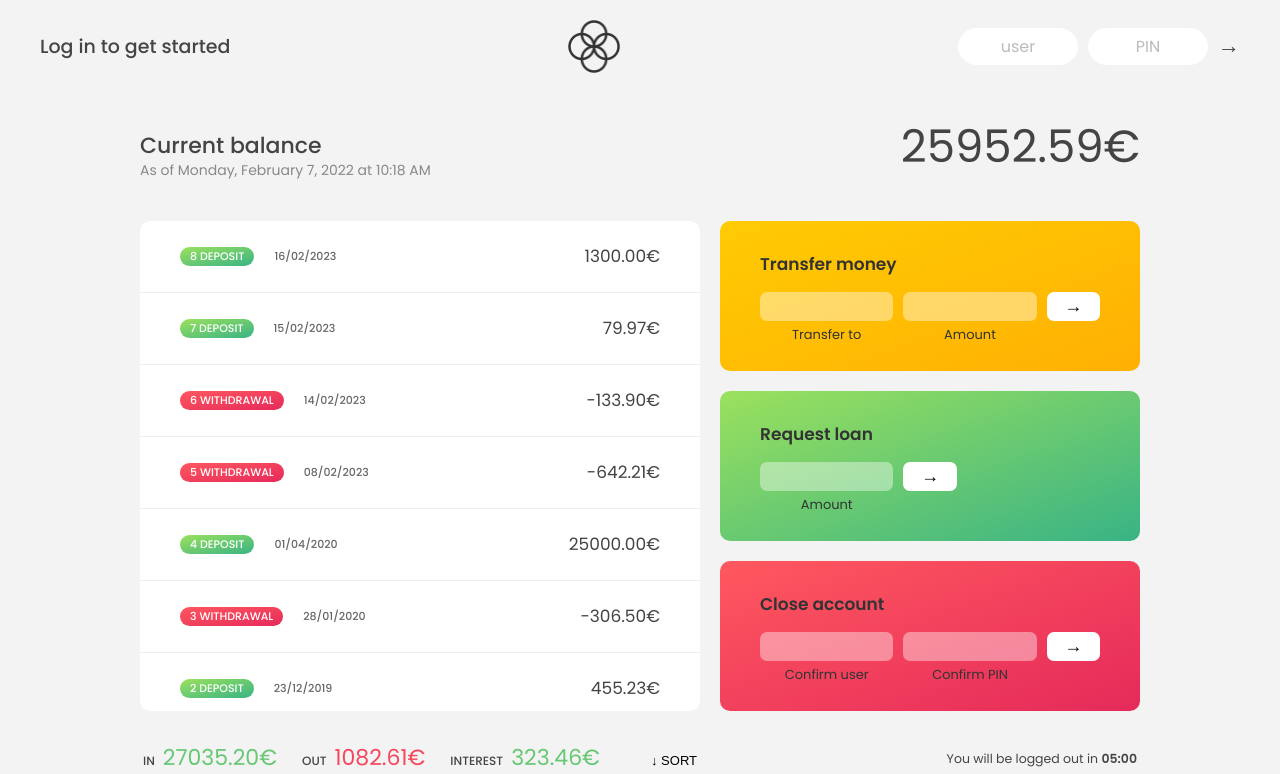
Repository: otvertka/jsc_12
Page: index.html
The author's editor kept a copy of each file at every save. The page is drawn from the files as they stood at one save, then again after a run of saves.
The browser window is 1280 px wide. The pictures show the whole page.
An inner scrolling area shows only its first screen.

Above is the page before, as saved 2023-02-17 13:03:21.

### index.html
<!DOCTYPE html>
<html lang="en">
  <head>
    <meta charset="UTF-8" />
    <meta name="viewport" content="width=device-width, initial-scale=1.0" />
    <meta http-equiv="X-UA-Compatible" content="ie=edge" />
    <link rel="shortcut icon" type="image/png" href="/icon.png" />

    <link
      href="https://fonts.googleapis.com/css?family=Poppins:400,500,600&display=swap"
      rel="stylesheet"
    />

    <link rel="stylesheet" href="style.css" />
    <title>Bankist</title>
  </head>
  <body>
    <!-- TOP NAVIGATION -->
    <nav>
      <p class="welcome">Log in to get started</p>
      <img src="logo.png" alt="Logo" class="logo" />
      <form class="login">
        <input
          type="text"
          placeholder="user"
          class="login__input login__input--user"
        />
        <!-- In practice, use type="password" -->
        <input
          type="text"
          placeholder="PIN"
          maxlength="4"
          class="login__input login__input--pin"
        />
        <button class="login__btn">&rarr;</button>
      </form>
    </nav>

    <main class="app">
      <!-- BALANCE -->
      <div class="balance">
        <div>
          <p class="balance__label">Current balance</p>
          <p class="balance__date">
            As of <span class="date">05/03/2037</span>
          </p>
        </div>
        <p class="balance__value">0000€</p>
      </div>

      <!-- MOVEMENTS -->
      <div class="movements">
        <div class="movements__row">
          <div class="movements__type movements__type--deposit">2 deposit</div>
          <div class="movements__date">3 days ago</div>
          <div class="movements__value">4 000€</div>
        </div>
        <div class="movements__row">
          <div class="movements__type movements__type--withdrawal">
            1 withdrawal
          </div>
          <div class="movements__date">24/01/2037</div>
          <div class="movements__value">-378€</div>
        </div>
      </div>

      <!-- SUMMARY -->
      <div class="summary">
        <p class="summary__label">In</p>
        <p class="summary__value summary__value--in">0000€</p>
        <p class="summary__label">Out</p>
        <p class="summary__value summary__value--out">0000€</p>
        <p class="summary__label">Interest</p>
        <p class="summary__value summary__value--interest">0000€</p>
        <button class="btn--sort">&downarrow; SORT</button>
      </div>

      <!-- OPERATION: TRANSFERS -->
      <div class="operation operation--transfer">
        <h2>Transfer money</h2>
        <form class="form form--transfer">
          <input type="text" class="form__input form__input--to" />
          <input type="number" class="form__input form__input--amount" />
          <button class="form__btn form__btn--transfer">&rarr;</button>
          <label class="form__label">Transfer to</label>
          <label class="form__label">Amount</label>
        </form>
      </div>

      <!-- OPERATION: LOAN -->
      <div class="operation operation--loan">
        <h2>Request loan</h2>
        <form class="form form--loan">
          <input type="number" class="form__input form__input--loan-amount" />
          <button class="form__btn form__btn--loan">&rarr;</button>
          <label class="form__label form__label--loan">Amount</label>
        </form>
      </div>

      <!-- OPERATION: CLOSE -->
      <div class="operation operation--close">
        <h2>Close account</h2>
        <form class="form form--close">
          <input type="text" class="form__input form__input--user" />
          <input
            type="password"
            maxlength="6"
            class="form__input form__input--pin"
          />
          <button class="form__btn form__btn--close">&rarr;</button>
          <label class="form__label">Confirm user</label>
          <label class="form__label">Confirm PIN</label>
        </form>
      </div>

      <!-- LOGOUT TIMER -->
      <p class="logout-timer">
        You will be logged out in <span class="timer">05:00</span>
      </p>
    </main>

    <!-- <footer>
      &copy; by Jonas Schmedtmann. Don't claim as your own :)
    </footer> -->

    <script src="script.js"></script>
  </body>
</html>

### script.js
'use strict';

/////////////////////////////////////////////////
/////////////////////////////////////////////////
// BANKIST APP

/////////////////////////////////////////////////
// Data

// DIFFERENT DATA! Contains movement dates, currency and locale

const account1 = {
  owner: 'Jonas Schmedtmann',
  movements: [200, 455.23, -306.5, 25000, -642.21, -133.9, 79.97, 1300],
  interestRate: 1.2, // %
  pin: 1111,

  movementsDates: [
    '2019-11-18T21:31:17.178Z',
    '2019-12-23T07:42:02.383Z',
    '2020-01-28T09:15:04.904Z',
    '2020-04-01T10:17:24.185Z',
    '2023-02-08T14:11:59.604Z',
    '2023-02-14T17:01:17.194Z',
    '2023-02-15T23:36:17.929Z',
    '2023-02-16T10:51:36.790Z',
  ],
  currency: 'EUR',
  locale: 'pt-PT', // de-DE
};

const account2 = {
  owner: 'Jessica Davis',
  movements: [5000, 3400, -150, -790, -3210, -1000, 8500, -30],
  interestRate: 1.5,
  pin: 2222,

  movementsDates: [
    '2019-11-01T13:15:33.035Z',
    '2019-11-30T09:48:16.867Z',
    '2019-12-25T06:04:23.907Z',
    '2020-01-25T14:18:46.235Z',
    '2020-02-05T16:33:06.386Z',
    '2020-04-10T14:43:26.374Z',
    '2020-06-25T18:49:59.371Z',
    '2020-07-26T12:01:20.894Z',
  ],
  currency: 'USD',
  locale: 'en-US',
};

const accounts = [account1, account2];

/////////////////////////////////////////////////
// Elements
const labelWelcome = document.querySelector('.welcome');
const labelDate = document.querySelector('.date');
const labelBalance = document.querySelector('.balance__value');
const labelSumIn = document.querySelector('.summary__value--in');
const labelSumOut = document.querySelector('.summary__value--out');
const labelSumInterest = document.querySelector('.summary__value--interest');
const labelTimer = document.querySelector('.timer');

const containerApp = document.querySelector('.app');
const containerMovements = document.querySelector('.movements');

const btnLogin = document.querySelector('.login__btn');
const btnTransfer = document.querySelector('.form__btn--transfer');
const btnLoan = document.querySelector('.form__btn--loan');
const btnClose = document.querySelector('.form__btn--close');
const btnSort = document.querySelector('.btn--sort');

const inputLoginUsername = document.querySelector('.login__input--user');
const inputLoginPin = document.querySelector('.login__input--pin');
const inputTransferTo = document.querySelector('.form__input--to');
const inputTransferAmount = document.querySelector('.form__input--amount');
const inputLoanAmount = document.querySelector('.form__input--loan-amount');
const inputCloseUsername = document.querySelector('.form__input--user');
const inputClosePin = document.querySelector('.form__input--pin');

/////////////////////////////////////////////////
// Functions
const formatMovementDate = function (date) {
  const calcDaysPassed = (date1, date2) =>
    Math.round(Math.abs(date2 - date1) / (1000 * 60 * 60 * 24));

  const daysPassed = calcDaysPassed(new Date(), date);
  console.log(daysPassed);

  if (daysPassed === 0) return 'Today';
  if (daysPassed === 1) return 'Yesterday';
  if (daysPassed <= 7) return `${daysPassed} days ago`;

  const now = new Date();
  const day = `${date.getDate()}`.padStart(2, 0); // дата начинается с 01 (2 - колич. цифр, 0 - начало отсчёта)
  const month = `${date.getMonth() + 1}`.padStart(2, 0); // месяц начинается с 01 (2 - колич. цифр, 0 - начало отсчёта)
  const year = date.getFullYear();

  return `${day}/${month}/${year}`;
};

const displayMovements = function (acc, sort = false) {
  containerMovements.innerHTML = '';

  const movs = sort
    ? acc.movements.slice().sort((a, b) => a - b)
    : acc.movements;

  movs.forEach(function (mov, i) {
    const type = mov > 0 ? 'deposit' : 'withdrawal';

    const date = new Date(acc.movementsDates[i]);
    const displayDate = formatMovementDate(date);

    const html = `
      <div class="movements__row">
        <div class="movements__type movements__type--${type}">${
      i + 1
    } ${type}</div>
        <div class="movements__date">${displayDate}</div>
        <div class="movements__value">${mov.toFixed(2)}€</div>
      </div>
    `;

    containerMovements.insertAdjacentHTML('afterbegin', html);
  });
};

const calcDisplayBalance = function (acc) {
  acc.balance = acc.movements.reduce((acc, mov) => acc + mov, 0);
  labelBalance.textContent = `${acc.balance.toFixed(2)}€`;
};

const calcDisplaySummary = function (acc) {
  const incomes = acc.movements
    .filter(mov => mov > 0)
    .reduce((acc, mov) => acc + mov, 0);
  labelSumIn.textContent = `${incomes.toFixed(2)}€`;

  const out = acc.movements
    .filter(mov => mov < 0)
    .reduce((acc, mov) => acc + mov, 0);
  labelSumOut.textContent = `${Math.abs(out).toFixed(2)}€`;

  const interest = acc.movements
    .filter(mov => mov > 0)
    .map(deposit => (deposit * acc.interestRate) / 100)
    .filter((int, i, arr) => {
      // console.log(arr);
      return int >= 1;
    })
    .reduce((acc, int) => acc + int, 0);
  labelSumInterest.textContent = `${interest.toFixed(2)}€`;
};

const createUsernames = function (accs) {
  accs.forEach(function (acc) {
    acc.username = acc.owner
      .toLowerCase()
      .split(' ')
      .map(name => name[0])
      .join('');
  });
};
createUsernames(accounts);

const updateUI = function (acc) {
  // Display movements
  displayMovements(acc);

  // Display balance
  calcDisplayBalance(acc);

  // Display summary
  calcDisplaySummary(acc);
};

///////////////////////////////////////
// Event handlers
let currentAccount;

// FAKE ALWAYS LOGGED IN
currentAccount = account1;
updateUI(currentAccount);
containerApp.style.opacity = 100;

// Experimenting API
const now = new Date();
const options = {
  hour: 'numeric',
  minute: 'numeric',
  day: 'numeric',
  month: 'long',
  year: 'numeric',
  weekday: 'long',
};
labelDate.textContent = new Intl.DateTimeFormat('en-US', options).format(now); // ПЕреводим в формат страны

btnLogin.addEventListener('click', function (e) {
  // Prevent form from submitting
  e.preventDefault();

  currentAccount = accounts.find(
    acc => acc.username === inputLoginUsername.value
  );
  console.log(currentAccount);

  if (currentAccount?.pin === +inputLoginPin.value) {
    // Display UI and message
    labelWelcome.textContent = `Welcome back, ${
      currentAccount.owner.split(' ')[0]
    }`;
    containerApp.style.opacity = 100;

    // Create current date and time
    const now = new Date();
    const day = `${now.getDate()}`.padStart(2, 0); // дата начинается с 01 (2 - колич. цифр, 0 - начало отсчёта)
    const month = `${now.getMonth() + 1}`.padStart(2, 0); // месяц начинается с 01 (2 - колич. цифр, 0 - начало отсчёта)
    const year = now.getFullYear();
    const hour = `${now.getHours()}`.padStart(2, 0);
    const min = `${now.getMinutes()}`.padStart(2, 0);
    labelDate.textContent = `${day}/${month}/${year}, ${hour}: ${min}`;
    // day/month/year

    // Clear input fields
    inputLoginUsername.value = inputLoginPin.value = '';
    inputLoginPin.blur();

    // Update UI
    updateUI(currentAccount);
  }
});

btnTransfer.addEventListener('click', function (e) {
  e.preventDefault();
  const amount = +inputTransferAmount.value;
  const receiverAcc = accounts.find(
    acc => acc.username === inputTransferTo.value
  );
  inputTransferAmount.value = inputTransferTo.value = '';

  if (
    amount > 0 &&
    receiverAcc &&
    currentAccount.balance >= amount &&
    receiverAcc?.username !== currentAccount.username
  ) {
    // Doing the transfer
    currentAccount.movements.push(-amount);
    receiverAcc.movements.push(amount);

    // Add transfer date
    currentAccount.movementsDates.push(new Date().toISOString()); // добавляем текущую дату в поле транзакций
    receiverAcc.movementsDates.push(new Date().toISOString()); // добавляем текущую дату в поле транзакций

    // Update UI
    updateUI(currentAccount);
  }
});

btnLoan.addEventListener('click', function (e) {
  e.preventDefault();

  const amount = Math.floor(inputLoanAmount.value);

  if (amount > 0 && currentAccount.movements.some(mov => mov >= amount * 0.1)) {
    // Add movement
    currentAccount.movements.push(amount);

    //  добавляем текущую дату в поле кредитов
    currentAccount.movementsDates.push(new Date().toISOString()); // добавляем текущую дату в поле транзакций

    // Update UI
    updateUI(currentAccount);
  }
  inputLoanAmount.value = '';
});

btnClose.addEventListener('click', function (e) {
  e.preventDefault();

  if (
    inputCloseUsername.value === currentAccount.username &&
    +inputClosePin.value === currentAccount.pin
  ) {
    const index = accounts.findIndex(
      acc => acc.username === currentAccount.username
    );
    console.log(index);
    // .indexOf(23)

    // Delete account
    accounts.splice(index, 1);

    // Hide UI
    containerApp.style.opacity = 0;
  }

  inputCloseUsername.value = inputClosePin.value = '';
});

let sorted = false;
btnSort.addEventListener('click', function (e) {
  e.preventDefault();
  displayMovements(currentAccount.movements, !sorted);
  sorted = !sorted;
});

/////////////////////////////////////////////////
/////////////////////////////////////////////////
// LECTURES #1 Converting and Checking Numbers

console.log(23 === 23.0); // true
// Base 10 - 0 to 9
// Binary base 2 - 0 1
console.log(0.1 + 0.2); // 0.30000000000000004
console.log(0.1 + 0.2 === 0.3); // false

console.log(Number('23')); // 23
console.log(+'23'); // 23

// Parsing   Метод Number.parseInt() разбирает строковый аргумент и возвращает целое число. Этот метод ведёт себя идентично глобальной функции parseInt() и является частью ECMAScript 6 (его целью является модуляризация глобальных сущностей).
console.log(Number.parseInt('30px')); //30
// Метод Number.parseFloat() разбирает строковый аргумент и возвращает число с плавающей запятой.
console.log(Number.parseInt(' 2.5rem')); // 2
console.log(Number.parseFloat(' 2.5rem')); // 2.5

// console.log(parseFloat(' 2.5rem')); // 2.5

// Метод Number.isNaN() определяет, является ли переданное значение NaN. Это более надёжная версия оригинальной глобальной функции isNaN().
// Проверка, на значение is NaN
console.log(Number.isNaN(20)); // false
console.log(Number.isNaN('20')); // false
console.log(Number.isNaN(+'20X')); // true
console.log(Number.isNaN(23 / 0)); // Infinity// false

// Метод Number.isFinite() определяет, является ли переданное значение конечным числом.
// Проверка, это число или нет
console.log(Number.isFinite(20)); // true
console.log(Number.isFinite('20')); // false , т.к. это строка
console.log(Number.isFinite(+'20X')); // false
console.log(Number.isFinite(23 / 0)); // false ,  т.к. это Infinity

// Метод Number.isInteger() определяет, является ли переданное значение целым числом.
console.log(Number.isInteger(23)); // true
console.log(Number.isInteger(23.0)); // true
console.log(Number.isInteger(23 / 0)); // Infinity// false

/// LECT Math and Rounding
console.log(Math.sqrt(25)); // 5
console.log(25 ** (1 / 2)); // 5
console.log(8 ** (1 / 3)); // 2  кубический корень из 8 = 2

console.log(Math.max(5, 18, 23, 11, 2)); // 23
console.log(Math.max(5, 18, '23', 11, 2)); // 23
console.log(Math.max(5, 18, '23px', 11, 2)); // NaN

console.log(Math.min(5, 18, 23, 11, 2)); // 2

console.log(Math.PI * Number.parseFloat('10px') ** 2); // 314.1592653589793 . Считаем площадь круга, радиусом 10px

console.log(Math.trunc(Math.random() * 6) + 1); // Сгенерировать произвольные числа от 1- 5
// Функция генерирования случайных чисел в диапазоне мин - макс
const randomInt = (min, max) =>
  Math.floor(Math.random() * (max - min) + 1) + min;
// 0...1 -> 0...(max - min) -> min... max
console.log(randomInt(-10, 20));

// Округление целых чисел
console.log(Math.trunc(23)); // 23

console.log(Math.round(23.3)); // 23
console.log(Math.round(23.9)); // 24

console.log(Math.ceil(23.3)); // 24
console.log(Math.ceil(23.9)); // 24

console.log(Math.floor(23.3)); // 23
console.log(Math.floor('23.9')); // 23

console.log(Math.trunc(-23.3)); // - 23
console.log(Math.floor(-23.3)); // -24

// Округление десятичных чисел
console.log((2.7).toFixed(0)); // 3 возвращает СТРОКУ 3
console.log((2.7).toFixed(3)); // 2.700 возвращает СТРОКУ 3
console.log((2.345).toFixed(2)); // 2.35 возвращает СТРОКУ
console.log(+(2.345).toFixed(2)); // 2.35 возвращает ЧИСЛО

// LECT The Remainder Operator. Остаток от деления
console.log(5 % 2); // 1
console.log(8 % 3); // 2

console.log(6 % 2); // 0

const isEven = n => n % 2 === 0;
console.log(isEven(8)); // true
console.log(isEven(23)); // false
console.log(isEven(514)); // true

labelBalance.addEventListener('click', function () {
  [...document.querySelectorAll('.movements__row')].forEach(function (row, i) {
    // 0 , 2, 4, 6
    if (i % 2 === 0) row.style.backgroundColor = ' orangered'; //
    // 0, 3, 6, 9
    if (i % 3 === 0) row.style.backgroundColor = ' blue';
  });
});

// LECT . Numeric Separators . числовые разделители
// 287,460,000,000
const diametr = 287_460_000_000;
console.log(diametr); // 287460000000

const priceCents = 345_99;
console.log(priceCents); // 34599

const transferFee1 = 15_00;
const transferFee2 = 1_500;

const PI = 3.1415;
console.log(PI); /// 3.1415

console.log(Number('230_000')); // NaN
console.log(parseInt('230_000')); // 230

//  LECT . Working with BigInt. BigInt – это специальный числовой тип, который предоставляет возможность работать с целыми числами произвольной длины. Чтобы создать значение типа BigInt, необходимо добавить n в конец числового литерала или вызвать функцию BigInt, которая создаст число типа BigInt из переданного аргумента. Аргументом может быть число, строка и др.
console.log(2 ** 53 - 1); // 9007199254740991
console.log(Number.MAX_SAFE_INTEGER); // 9007199254740991
console.log(2 ** 53 + 1); // 9007199254740992
console.log(2 ** 53 + 2); // 9007199254740994
console.log(2 ** 53 + 3); // 9007199254740996
console.log(2 ** 53 + 4); // 9007199254740996

console.log(4932423432434234234234234234324234234234n);
console.log(BigInt(49324));

// Operations
console.log(10000n + 10000n); // 20000n
console.log(365435435345345435345345345435345n * 10000000n); // 3654354353453454353453453454353450000000n

const huge = 20289830233434343434n;
const num = 23;
// console.log(huge * num); // Ошибка. т.к. нельзя смешивать BigInt  другими типами
console.log(huge * BigInt(num)); // После конвертации будет работать 466666095368989898982n

// Исключения
console.log(20n > 15); // true
console.log(20n === 20); // false , т.к. разные типы
console.log(typeof 20n); // bigint
console.log(20n == '20'); // true

//
console.log(huge + ' is REALLY big !! ');

// Divisions.
console.log(11n / 3n); // 3n
console.log(10 / 3); // 3.3333333333333335

// LECT Creating Dates
// Create a date
// const now = new Date();
// console.log(now);

// console.log(new Date('Thu Feb 16 2023 15:12:06'));
// console.log(new Date('December 24, 2015'));
// console.log(new Date(account1.movementsDates[0]));

// console.log(new Date(2037, 10, 19, 15, 23, 5));
// console.log(new Date(2037, 10, 31)); // Tue Dec 01 , а не ноябрь

// console.log(new Date(0)); // Thu Jan 01 1970 03:00:00
// console.log(new Date(3 * 24 * 60 * 60 * 1000)); // Sun Jan 04 1970 03:00:00

// Working with Dates
// const future = new Date(2037, 10, 19, 15, 23, 5);
// console.log(future);
// console.log(future.getFullYear()); // 2037
// console.log(future.getMonth()); // 10
// console.log(future.getDay()); // 4
// console.log(future.getHours()); // 15
// console.log(future.getMinutes()); // 23
// console.log(future.getSeconds()); // 5
// console.log(future.toISOString()); // 2037-11-19T13:23:05.000Z
// console.log(future.getTime());

// console.log(new Date(2142249785000)); // Thu Nov 19 2037 15:23:05 GMT+0200 (Восточная Европа, стандартное время)

// console.log(Date.now()); // 1676554023559

// future.setFullYear(2040);
// console.log(future); // Mon Nov 19 2040 15:23:05 GMT+0200 (Восточная Европа, стандартное время)

// LECT Operations With Dates
const future = new Date(2037, 10, 19, 15, 23, 5);
console.log(+future);

const cacDaysPassed = (date1, date2) =>
  Math.abs(date2 - date1) / (1000 * 60 * 60 * 24);

const days1 = cacDaysPassed(new Date(2037, 3, 4), new Date(2037, 3, 14));
console.log(days1);

Loaded but not shown: style.css (297 lines, source omitted)

After the next 2 saves:
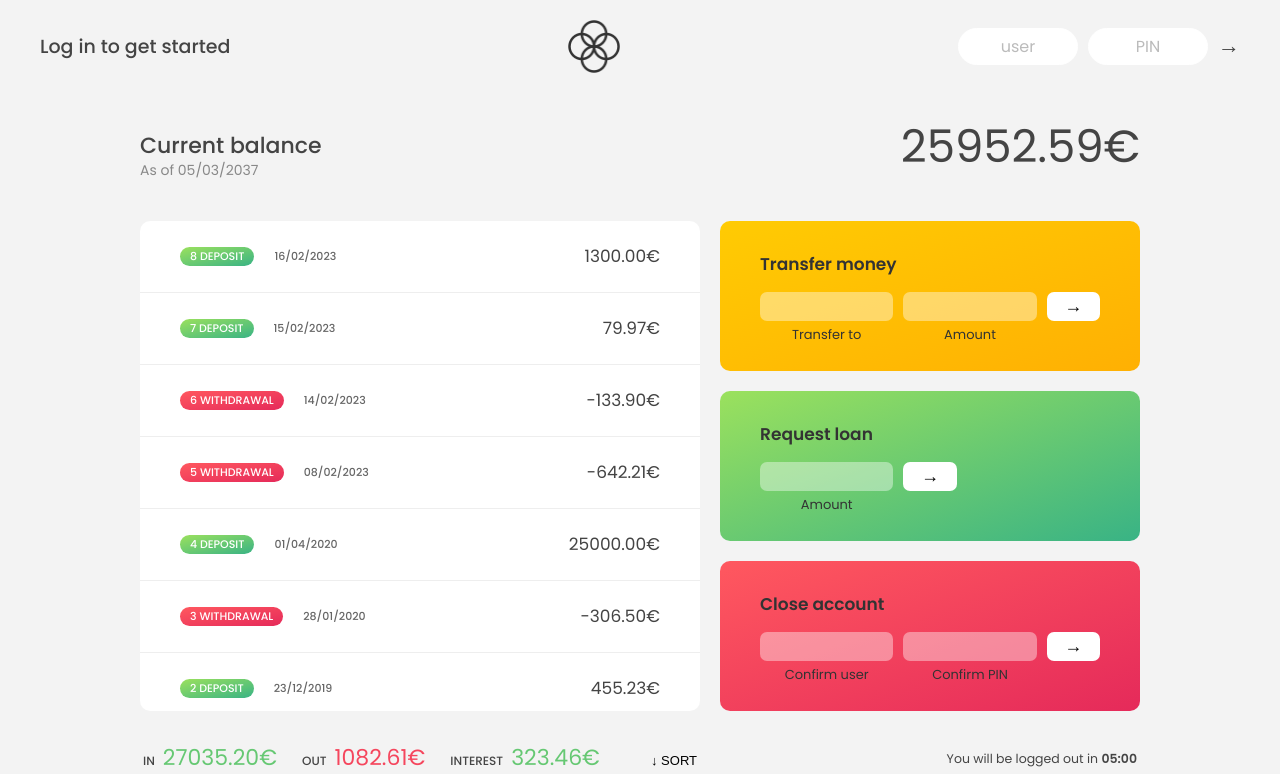
Console error (its wording comes from the project's code and is left out).
The 2 saves are shown as one change because they came seconds apart.
The last was saved 26 s later.
--- a/script.js
+++ b/script.js
@@ -192,7 +192,7 @@
   day: 'numeric',
   month: 'long',
   year: 'numeric',
-  weekday: 'long',
+  weekday: '2-digits',
 };
 labelDate.textContent = new Intl.DateTimeFormat('en-US', options).format(now); // ПЕреводим в формат страны
 

After the save that followed:
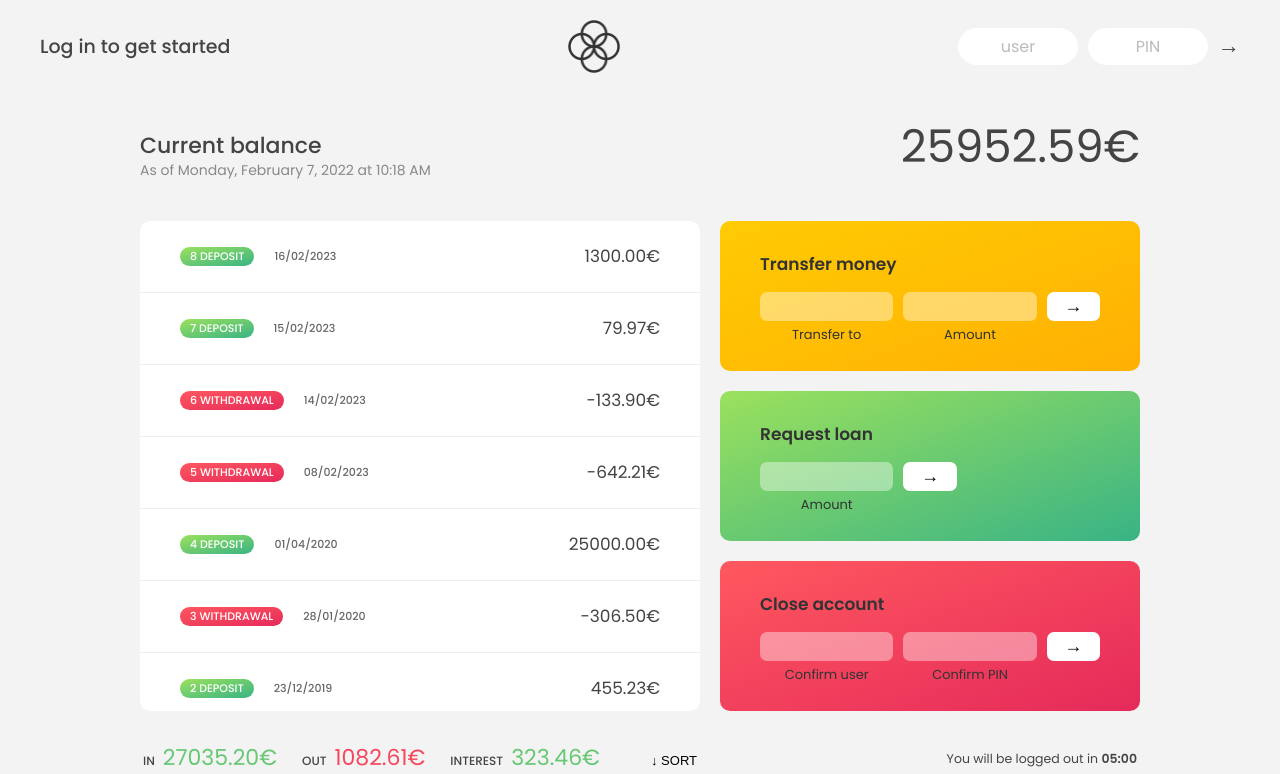
The error is gone.
Saved 11 s later.
--- a/script.js
+++ b/script.js
@@ -192,7 +192,7 @@
   day: 'numeric',
   month: 'long',
   year: 'numeric',
-  weekday: '2-digits',
+  weekday: 'long',
 };
 labelDate.textContent = new Intl.DateTimeFormat('en-US', options).format(now); // ПЕреводим в формат страны
 
